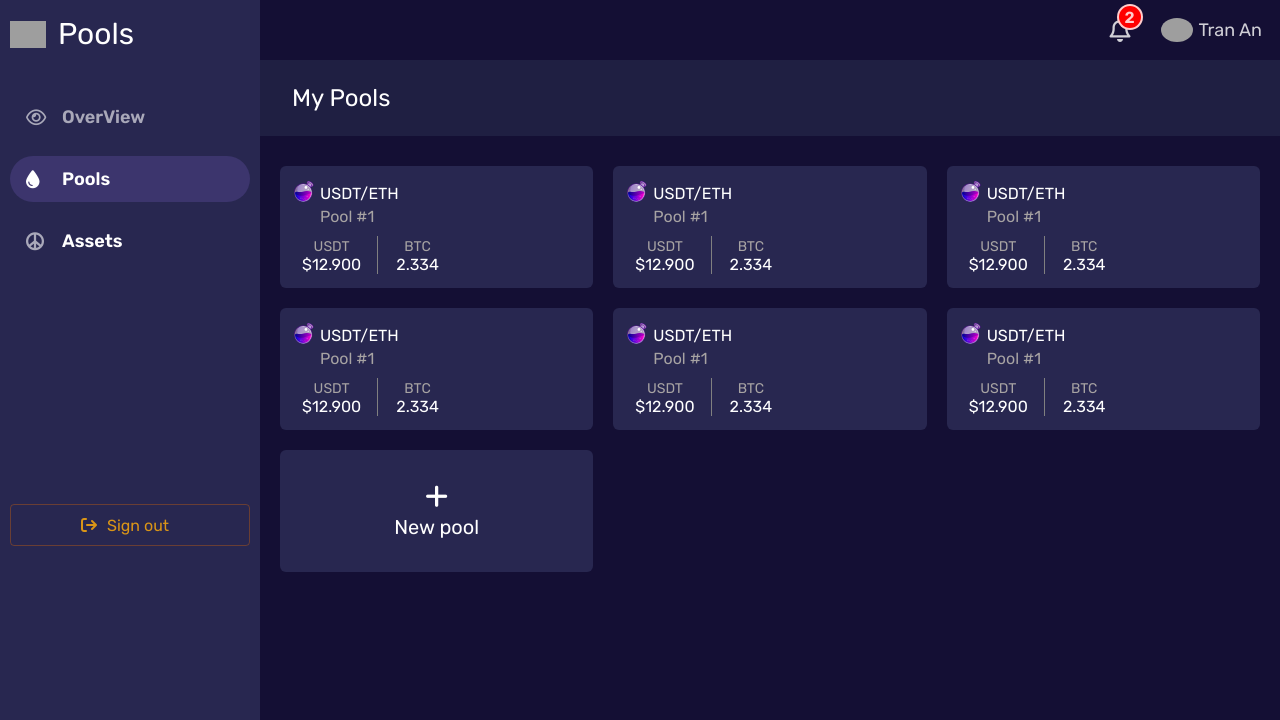
Repository: quynh232000/pools
Page: pool.html
The author's editor kept a copy of each file at every save. The page is drawn from the files as they stood at one save, then again after the next save.
The browser window is 1280 px wide. The pictures show the whole page.
Pictures or frames that could not be fetched are drawn as grey boxes.

Above is the page before, as saved 2023-07-13 23:26:43.

After the next save:
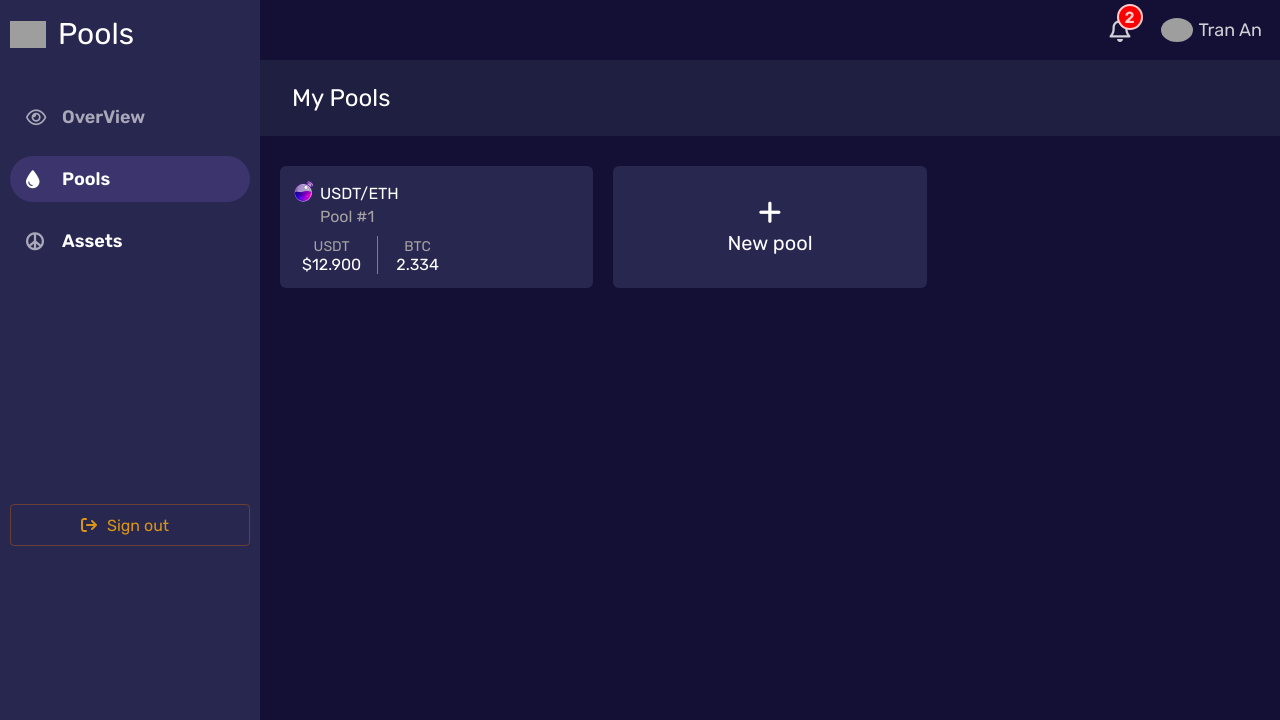
Saved 86 s later.
--- a/pool.html
+++ b/pool.html
@@ -63,7 +63,7 @@
         <div class="content-title">My Pools</div>
         <div class="p-content-body">
           <!-- item -->
-          <div class="content-item-wrapper">
+          <a href="./pool/create-pool.html" class="content-item-wrapper">
             <div class="p-content-item">
               <div class="p-content-item-top">
                 <div class="p-content-item-img">
@@ -85,128 +85,9 @@
                 </div>
               </div>
             </div>
-          </div>
-          <!-- item -->
-          <div class="content-item-wrapper">
-            <div class="p-content-item">
-              <div class="p-content-item-top">
-                <div class="p-content-item-img">
-                  <img src="./src/img/osmo.svg" alt="" />
-                </div>
-                <div class="p-content-item-top-info">
-                  <span>USDT/ETH</span>
-                  <p>Pool #1</p>
-                </div>
-              </div>
-              <div class="p-content-item-bottom">
-                <div class="p-item-type">
-                  <span>USDT</span>
-                  <p>$12.900</p>
-                </div>
-                <div class="p-item-type">
-                  <span>BTC</span>
-                  <p>2.334</p>
-                </div>
-              </div>
-            </div>
-          </div>
-          <!-- item -->
-          <div class="content-item-wrapper">
-            <div class="p-content-item">
-              <div class="p-content-item-top">
-                <div class="p-content-item-img">
-                  <img src="./src/img/osmo.svg" alt="" />
-                </div>
-                <div class="p-content-item-top-info">
-                  <span>USDT/ETH</span>
-                  <p>Pool #1</p>
-                </div>
-              </div>
-              <div class="p-content-item-bottom">
-                <div class="p-item-type">
-                  <span>USDT</span>
-                  <p>$12.900</p>
-                </div>
-                <div class="p-item-type">
-                  <span>BTC</span>
-                  <p>2.334</p>
-                </div>
-              </div>
-            </div>
-          </div>
-          <!-- item -->
-          <div class="content-item-wrapper">
-            <div class="p-content-item">
-              <div class="p-content-item-top">
-                <div class="p-content-item-img">
-                  <img src="./src/img/osmo.svg" alt="" />
-                </div>
-                <div class="p-content-item-top-info">
-                  <span>USDT/ETH</span>
-                  <p>Pool #1</p>
-                </div>
-              </div>
-              <div class="p-content-item-bottom">
-                <div class="p-item-type">
-                  <span>USDT</span>
-                  <p>$12.900</p>
-                </div>
-                <div class="p-item-type">
-                  <span>BTC</span>
-                  <p>2.334</p>
-                </div>
-              </div>
-            </div>
-          </div>
-          <!-- item -->
-          <div class="content-item-wrapper">
-            <div class="p-content-item">
-              <div class="p-content-item-top">
-                <div class="p-content-item-img">
-                  <img src="./src/img/osmo.svg" alt="" />
-                </div>
-                <div class="p-content-item-top-info">
-                  <span>USDT/ETH</span>
-                  <p>Pool #1</p>
-                </div>
-              </div>
-              <div class="p-content-item-bottom">
-                <div class="p-item-type">
-                  <span>USDT</span>
-                  <p>$12.900</p>
-                </div>
-                <div class="p-item-type">
-                  <span>BTC</span>
-                  <p>2.334</p>
-                </div>
-              </div>
-            </div>
-          </div>
-          <!-- item -->
-          <div class="content-item-wrapper">
-            <div class="p-content-item">
-              <div class="p-content-item-top">
-                <div class="p-content-item-img">
-                  <img src="./src/img/osmo.svg" alt="" />
-                </div>
-                <div class="p-content-item-top-info">
-                  <span>USDT/ETH</span>
-                  <p>Pool #1</p>
-                </div>
-              </div>
-              <div class="p-content-item-bottom">
-                <div class="p-item-type">
-                  <span>USDT</span>
-                  <p>$12.900</p>
-                </div>
-                <div class="p-item-type">
-                  <span>BTC</span>
-                  <p>2.334</p>
-                </div>
-              </div>
-            </div>
-          </div>
-          <!-- item -->
+          </a>
+
+          <!-- item new-->
           <div class="content-item-wrapper">
             <div class="p-content-item add-pool">
               <i class="fa-solid fa-plus"></i>

After the save that followed:
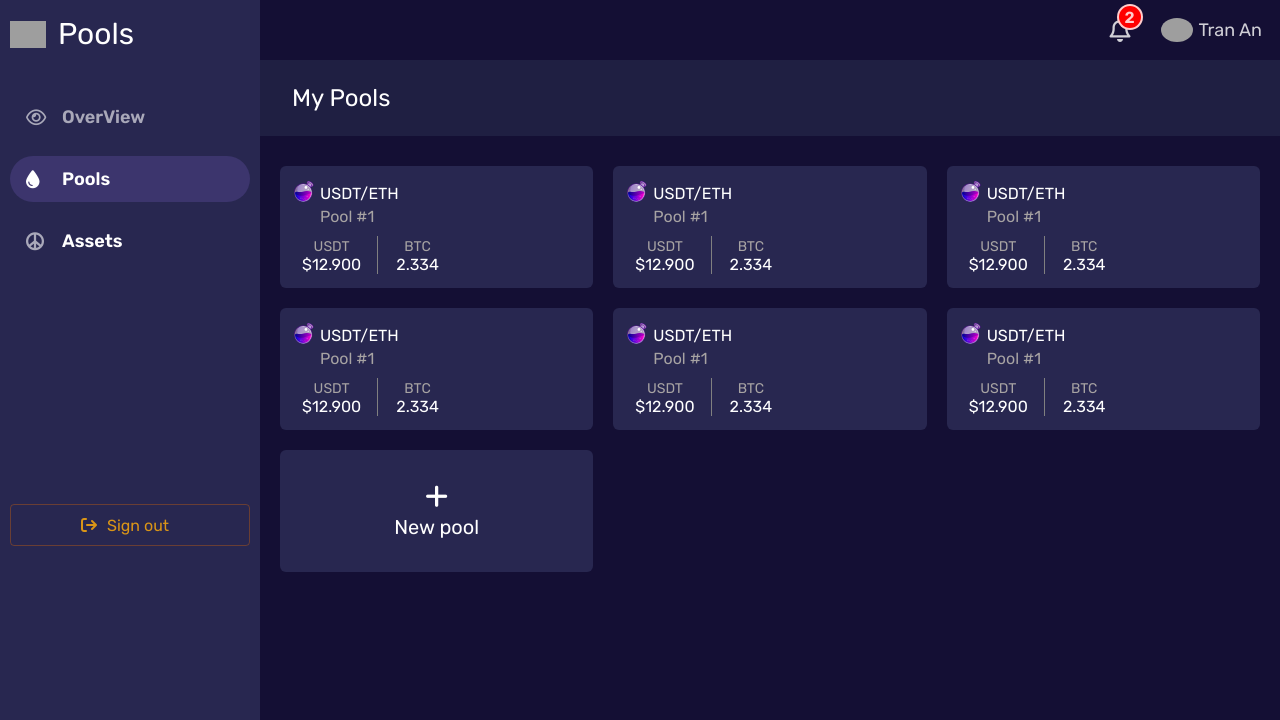
Saved 15 s later.
--- a/pool.html
+++ b/pool.html
@@ -86,6 +86,126 @@
               </div>
             </div>
           </a>
+          <!-- item -->
+          <a href="./pool/create-pool.html" class="content-item-wrapper">
+            <div class="p-content-item">
+              <div class="p-content-item-top">
+                <div class="p-content-item-img">
+                  <img src="./src/img/osmo.svg" alt="" />
+                </div>
+                <div class="p-content-item-top-info">
+                  <span>USDT/ETH</span>
+                  <p>Pool #1</p>
+                </div>
+              </div>
+              <div class="p-content-item-bottom">
+                <div class="p-item-type">
+                  <span>USDT</span>
+                  <p>$12.900</p>
+                </div>
+                <div class="p-item-type">
+                  <span>BTC</span>
+                  <p>2.334</p>
+                </div>
+              </div>
+            </div>
+          </a>
+          <!-- item -->
+          <a href="./pool/create-pool.html" class="content-item-wrapper">
+            <div class="p-content-item">
+              <div class="p-content-item-top">
+                <div class="p-content-item-img">
+                  <img src="./src/img/osmo.svg" alt="" />
+                </div>
+                <div class="p-content-item-top-info">
+                  <span>USDT/ETH</span>
+                  <p>Pool #1</p>
+                </div>
+              </div>
+              <div class="p-content-item-bottom">
+                <div class="p-item-type">
+                  <span>USDT</span>
+                  <p>$12.900</p>
+                </div>
+                <div class="p-item-type">
+                  <span>BTC</span>
+                  <p>2.334</p>
+                </div>
+              </div>
+            </div>
+          </a>
+          <!-- item -->
+          <a href="./pool/create-pool.html" class="content-item-wrapper">
+            <div class="p-content-item">
+              <div class="p-content-item-top">
+                <div class="p-content-item-img">
+                  <img src="./src/img/osmo.svg" alt="" />
+                </div>
+                <div class="p-content-item-top-info">
+                  <span>USDT/ETH</span>
+                  <p>Pool #1</p>
+                </div>
+              </div>
+              <div class="p-content-item-bottom">
+                <div class="p-item-type">
+                  <span>USDT</span>
+                  <p>$12.900</p>
+                </div>
+                <div class="p-item-type">
+                  <span>BTC</span>
+                  <p>2.334</p>
+                </div>
+              </div>
+            </div>
+          </a>
+          <!-- item -->
+          <a href="./pool/create-pool.html" class="content-item-wrapper">
+            <div class="p-content-item">
+              <div class="p-content-item-top">
+                <div class="p-content-item-img">
+                  <img src="./src/img/osmo.svg" alt="" />
+                </div>
+                <div class="p-content-item-top-info">
+                  <span>USDT/ETH</span>
+                  <p>Pool #1</p>
+                </div>
+              </div>
+              <div class="p-content-item-bottom">
+                <div class="p-item-type">
+                  <span>USDT</span>
+                  <p>$12.900</p>
+                </div>
+                <div class="p-item-type">
+                  <span>BTC</span>
+                  <p>2.334</p>
+                </div>
+              </div>
+            </div>
+          </a>
+          <!-- item -->
+          <a href="./pool/create-pool.html" class="content-item-wrapper">
+            <div class="p-content-item">
+              <div class="p-content-item-top">
+                <div class="p-content-item-img">
+                  <img src="./src/img/osmo.svg" alt="" />
+                </div>
+                <div class="p-content-item-top-info">
+                  <span>USDT/ETH</span>
+                  <p>Pool #1</p>
+                </div>
+              </div>
+              <div class="p-content-item-bottom">
+                <div class="p-item-type">
+                  <span>USDT</span>
+                  <p>$12.900</p>
+                </div>
+                <div class="p-item-type">
+                  <span>BTC</span>
+                  <p>2.334</p>
+                </div>
+              </div>
+            </div>
+          </a>
 
           <!-- item new-->
           <div class="content-item-wrapper">
